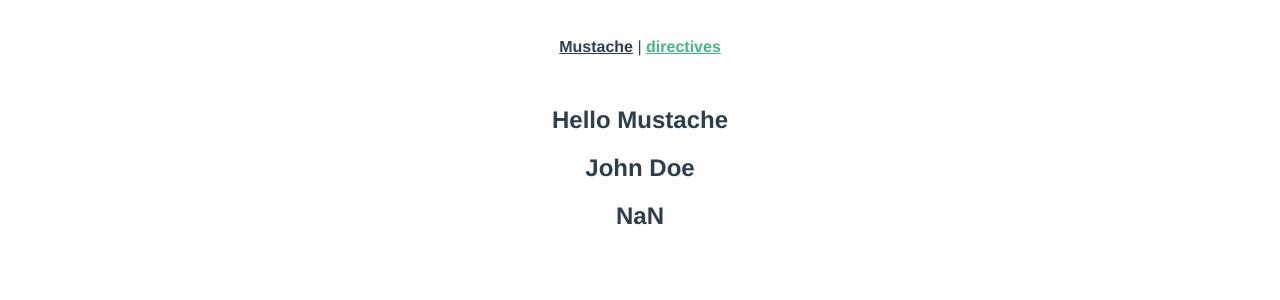
Repository: yeyanghui0616/my-vue2-learning
Page: /directives
An editor plug-in stored every save of this project. The page is shown before and after the next save, followed by the edit.
The browser window is 1280 px wide. The pictures show the whole page.
The project was rebuilt for these pictures with package versions that can differ from the ones it lists, and the page was loaded fresh each time. Also part of the build but not shown: src/views/Mustache.vue.

Above is the page before, as saved 2023-08-30 21:17:40.

### src/App.vue
<template>
	<div id="app">
		<div id="nav">
			<router-link to="/">Mustache</router-link> |
			<router-link to="/directives">directives</router-link>
		</div>
		<router-view />
	</div>
</template>

<style lang="scss">
#app {
	font-family: Avenir, Helvetica, Arial, sans-serif;
	-webkit-font-smoothing: antialiased;
	-moz-osx-font-smoothing: grayscale;
	text-align: center;
	color: #2c3e50;
}

#nav {
	padding: 30px;

	a {
		font-weight: bold;
		color: #2c3e50;

		&.router-link-exact-active {
			color: #42b983;
		}
	}
}
</style>

### src/router/index.js
import Vue from "vue";
import VueRouter from "vue-router";
import Mustache from "../views/Mustache.vue";

Vue.use(VueRouter);

const routes = [
	{
		path: "/",
		name: "Mustache",
		component: Mustache,
	},
	{
		path: "/directives",
		name: "directives",
		component: () => import("../views/directives.vue"),
	},
];

const router = new VueRouter({
	mode: "history",
	base: process.env.BASE_URL,
	routes,
});

export default router;

### src/views/directives.vue
<template>
	<div>
		<h2>Hello {{ name }}</h2>
		<h2>{{ firstName }} {{ lastName }}</h2>
		<h2>{{ counter * 2 }}</h2>
	</div>
</template>

<script>
export default {
	data() {
		return {
			name: "Mustache",
			firstName: "John",
			lastName: "Doe",
		};
	},

	methods: {},
};
</script>

<style lang="scss"></style>

Loaded but not shown: public/index.html (common file); src/main.js (common file); src/store/index.js (common file)

After the next save:
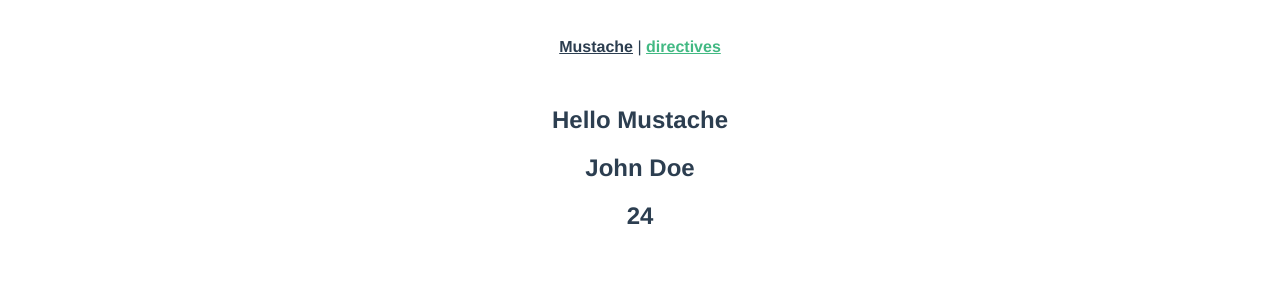
Saved 4 s later.
--- a/src/views/directives.vue
+++ b/src/views/directives.vue
@@ -13,6 +13,7 @@ export default {
 			name: "Mustache",
 			firstName: "John",
 			lastName: "Doe",
+			counter: 12,
 		};
 	},
 
